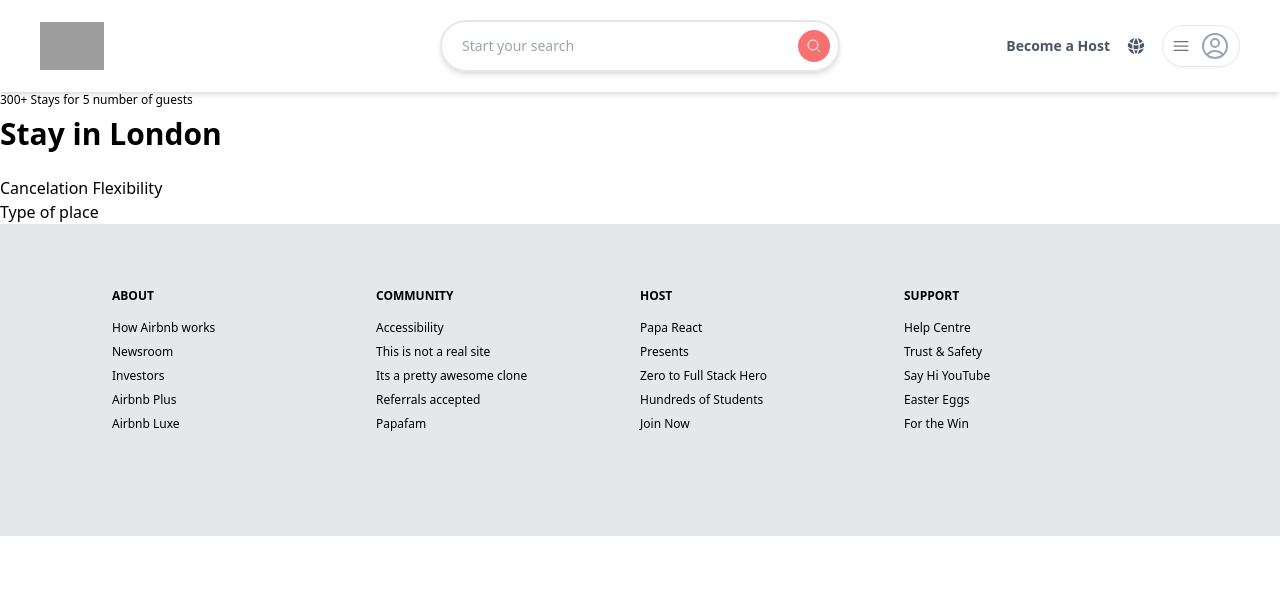
Repository: lakshithapramodya/airbnb
Page: /search
These files come from the project's save history. The page is drawn as it stood at one moment and after the next save; the edit follows.
The browser window is 1280 px wide. The pictures show the whole page.
Pictures or frames that could not be fetched are drawn as grey boxes. The project was rebuilt for these pictures with package versions that can differ from the ones it lists, and the page was loaded fresh each time. The framework's server and built-in components were replaced by stand-ins that run in the browser. Also part of the build but not shown: next.config.js.

Above is the page before, as saved 2022-10-19 11:11:55.

After the next save:
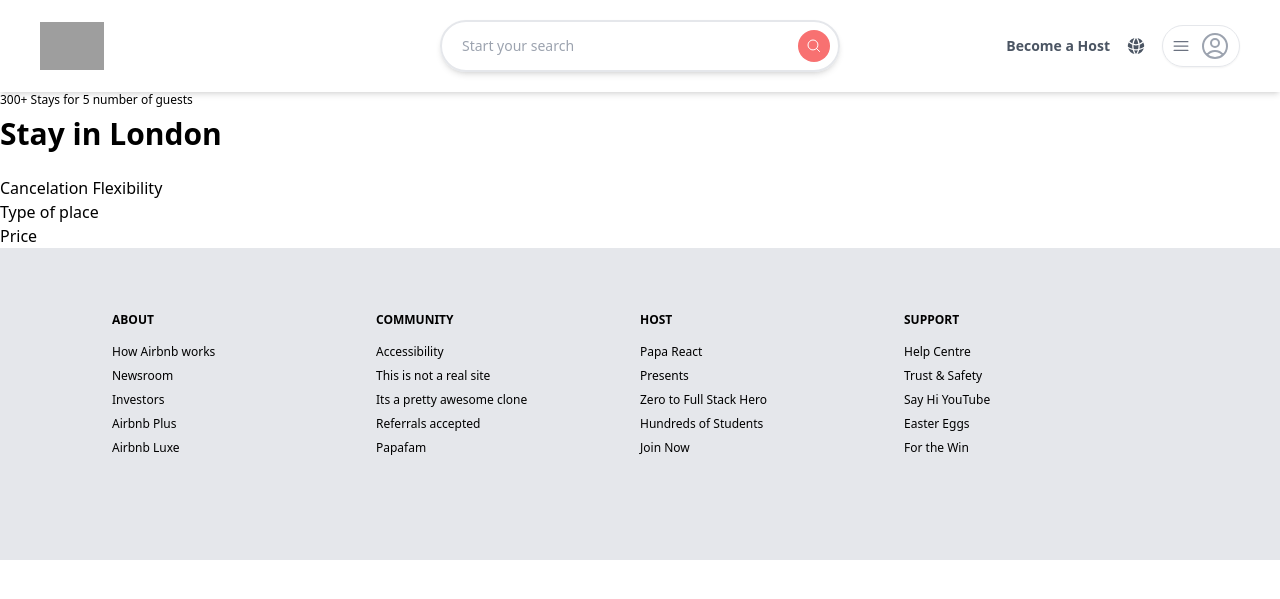
Saved 9 s later.
--- a/pages/search.js
+++ b/pages/search.js
@@ -15,6 +15,7 @@
           <div>
             <p>Cancelation Flexibility</p>
             <p>Type of place</p>
+            <p>Price</p>
           </div>
         </section>
       </main>
